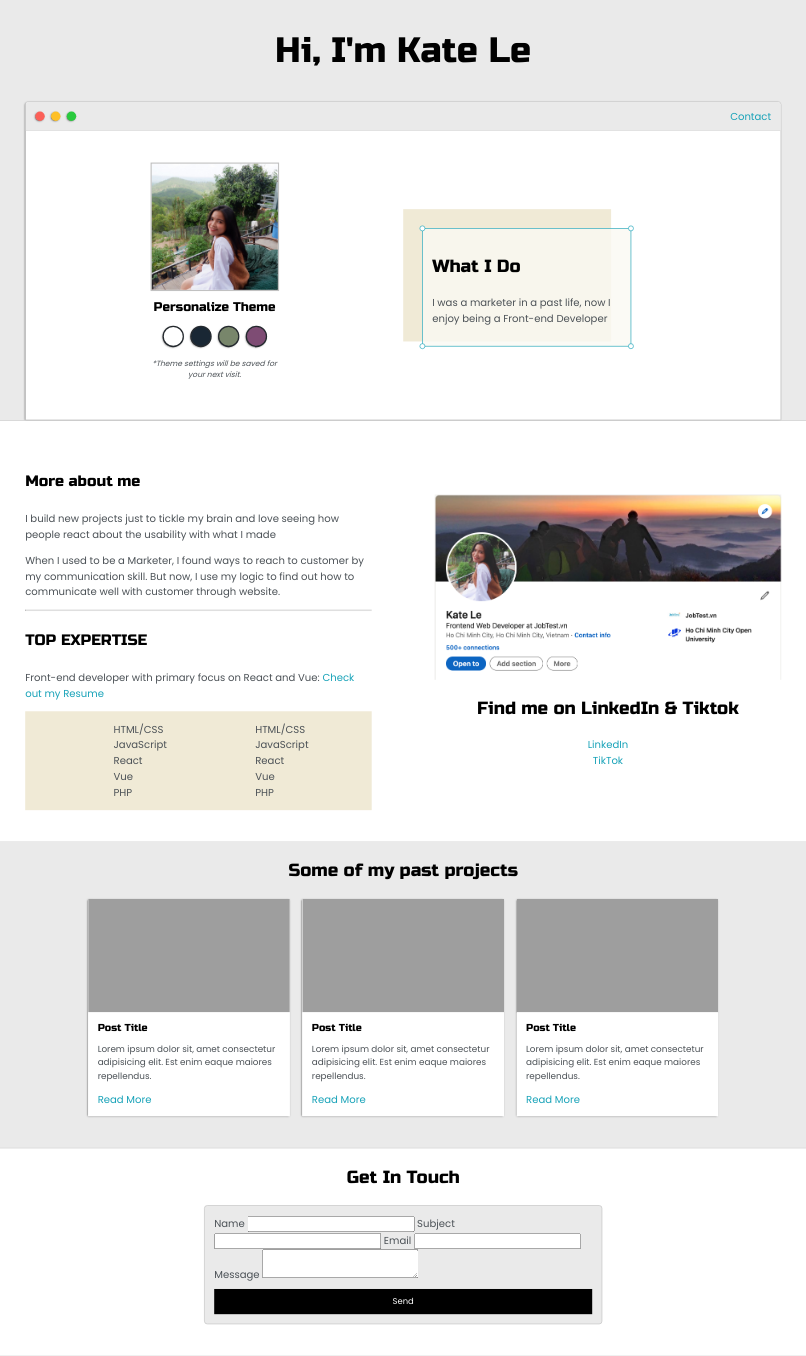
Repository: kate30980/my-persponal-website
Page: index.html
These files come from the project's save history. The page is drawn as it stood at one moment and after the next save; the edit follows.
The browser window is 1280 px wide. The pictures show the whole page, at 63% of full size.
Pictures or frames that could not be fetched are drawn as grey boxes.

Above is the page before, as saved 2021-08-26 23:07:18.

### index.html
<!DOCTYPE html>
<html lang="en">

<head>
    <meta charset="UTF-8">
    <meta http-equiv="X-UA-Compatible" content="IE=edge">
    <meta name="viewport" content="width=device-width, initial-scale=1.0">
    <title>Kate Le</title>
    <link rel="preconnect" href="https://fonts.googleapis.com">
    <link rel="preconnect" href="https://fonts.gstatic.com" crossorigin>
    <link rel="preconnect" href="https://fonts.googleapis.com">
    <link rel="preconnect" href="https://fonts.gstatic.com" crossorigin>
    <link href="https://fonts.googleapis.com/css2?family=Poppins:wght@300;400;600;700&family=Russo+One&display=swap"
        rel="stylesheet">
    <link rel="stylesheet" href="main.css">
</head>

<body>

    <section class="s1">
        <div class="main-container">
            <div class="greeting-wrapper">
                <h1>Hi, I'm Kate Le</h1>
            </div>

            <div class="intro-wrapper">
                <div class="nav-wrapper">
                    <div class="dots-wrapper">
                        <div id="dot-1" class="browser-dot"></div>
                        <div id="dot-2" class="browser-dot"></div>
                        <div id="dot-3" class="browser-dot"></div>
                    </div>
                    <ul id="navigation">
                        <li>
                            <a href="#">Contact</a>
                        </li>
                    </ul>
                </div>
                <div class="left-column">
                    <img id="profile-pic" src="./images/IMG_2624.JPG" alt="img-kate">
                    <h5 style="text-align:center;line-height:0; margin: 25px">Personalize Theme</h5>

                    <div id="theme-options-wrapper">
                        <div id="light-mode" class="theme-dot"></div>
                        <div id="blue-mode" class="theme-dot"></div>
                        <div id="green-mode" class="theme-dot"></div>
                        <div id="purple-mode" class="theme-dot"></div>
                    </div>

                    <p id="settings-note">*Theme settings will be saved for <br> your next visit.</p>
                </div>
                <div class="right-column">

                    <div id="preview-shadow">
                        <div id="preview">
                            <div id="corner-tl" class="corner"></div>
                            <div id="corner-tr" class="corner"></div>
                            <h3>What I Do</h3>
                            <p>I was a marketer in a past life, now I enjoy being a Front-end Developer</p>
                            <div id="corner-br" class="corner"></div>
                            <div id="corner-bl" class="corner"></div>
                        </div>
                    </div>

                </div>
            </div>

        </div>
    </section>

    <section class="s2">
        <div class="main-container">

            <div class="about-wrapper">
                <div class="about-me">
                    <h4>More about me</h4>
                    <p>I build new projects just to tickle my brain and love seeing how people react about the usability
                        with what I made</p>
                    <p>When I used to be a Marketer, I found ways to reach to customer by my communication skill. But
                        now, I use my logic to find out how to communicate well with customer through website.</p>


                    <hr>

                    <h4>TOP EXPERTISE</h4>
                    <p>Front-end developer with primary focus on React and Vue: <a target="_blank"
                            href="CV-HAN-LE-FRONTEND-DEV.pdf">Check
                            out my Resume</a></p>

                    <div id="skills">
                        <ul>
                            <li>HTML/CSS</li>
                            <li>JavaScript</li>
                            <li>React</li>
                            <li>Vue</li>
                            <li>PHP</li>
                        </ul>
                        <ul>
                            <li>HTML/CSS</li>
                            <li>JavaScript</li>
                            <li>React</li>
                            <li>Vue</li>
                            <li>PHP</li>
                        </ul>
                    </div>

                </div>
                <div class="social-links">
                    <img id="social-img" src="./images/linkedIn-2021-08-26 at 22.24.05.png" alt="linkedIn">
                    <h3>Find me on LinkedIn & Tiktok</h3>
                    <a target="_blank" href="https://www.linkedin.com/in/kate-le-38099/">LinkedIn</a>
                    <a target="_blank" href="#">TikTok</a>
                </div>
            </div>

        </div>
    </section>

    <section class="s1">
        <div class="main-container">
            <h3 style="text-align:center">Some of my past projects</h3>
            <div class="post-wrapper">
                <div>
                    <div class="post">
                        <img class="thumbnail"
                            src="https://images.unsplash.com/photo-1555952494-efd681c7e3f9?ixid=MnwxMjA3fDB8MHxzZWFyY2h8ODN8fGFwcGxpY2F0aW9ufGVufDB8fDB8fA%3D%3D&ixlib=rb-1.2.1&auto=format&fit=crop&w=800&q=60"
                            alt="img-post">
                        <div class="post-preview">
                            <h6 class="post-title">Post Title</h6>
                            <p class="post-intro">Lorem ipsum dolor sit, amet consectetur adipisicing elit. Est enim
                                eaque
                                maiores repellendus.</p>
                            <a href="#">Read More</a>
                        </div>
                    </div>
                </div>

                <div>
                    <div class="post">
                        <img class="thumbnail"
                            src="https://images.unsplash.com/photo-1552238979-402eb7a9258c?ixid=MnwxMjA3fDB8MHxwaG90by1wYWdlfHx8fGVufDB8fHx8&ixlib=rb-1.2.1&auto=format&fit=crop&w=990&q=80"
                            alt="img-post">
                        <div class="post-preview">
                            <h6 class="post-title">Post Title</h6>
                            <p class="post-intro">Lorem ipsum dolor sit, amet consectetur adipisicing elit. Est enim
                                eaque
                                maiores repellendus.</p>
                            <a href="#">Read More</a>
                        </div>
                    </div>
                </div>

                <div>
                    <div class="post">
                        <img class="thumbnail"
                            src="https://images.unsplash.com/photo-1551650975-87deedd944c3?ixlib=rb-1.2.1&ixid=MnwxMjA3fDB8MHxzZWFyY2h8Mnx8YXBwbGljYXRpb258ZW58MHx8MHx8&auto=format&fit=crop&w=800&q=60"
                            alt="img-post">
                        <div class="post-preview">
                            <h6 class="post-title">Post Title</h6>
                            <p class="post-intro">Lorem ipsum dolor sit, amet consectetur adipisicing elit. Est enim
                                eaque
                                maiores repellendus.</p>
                            <a href="#">Read More</a>
                        </div>
                    </div>
                </div>
            </div>
        </div>
    </section>

    <section class="s2">
        <div class="main-container">
            <h3 style="text-align:center">Get In Touch</h3>

            <form id="contact-form">

                <label>Name</label>
                <input type="text" class="input-field" name="name">
                <label>Subject</label>
                <input type="text" class="input-field" name="subject">
                <label>Email</label>
                <input type="text" class="input-field" name="email">
                <label>Message</label>
                <textarea class="input-field" name="message"></textarea>

                <input id="submit-btn" type="submit" value="Send">
            </form>
        </div>
    </section>

</body>

</html>

### main.css
:root {
  --mainText: black;
  --secondaryText: #4b5156;

  --mainColor: #eaeaea;
  --secondaryColor: #fff;

  --borderColor: #c1c1c1;
  --themeDotBorder: #24292e;

  --previewBg: rgba(251, 249, 243, 0.8);
  --previewShadow: #f0ead6;

  --buttonColor: #000;
}

html,
body {
  padding: 0;
  margin: 0;
  font-family: "Poppins", sans-serif;
}
h1,
h2,
h3,
h4,
h5,
h6,
strong {
  color: var(--mainText);
  font-family: "Russo One", sans-serif;
  font-weight: 500;
}

p,
li,
span,
label,
input,
textarea,
select {
  color: var(--secondaryText);
  font-family: "Poppins", sans-serif;
}
ul {
  list-style: none;
}

a {
  text-decoration: none;
  color: #17a2b8;
}

h1 {
  font-size: 56px;
}
h2 {
  font-size: 36px;
}
h3 {
  font-size: 28px;
}
h4 {
  font-size: 24px;
}
h5 {
  font-size: 20px;
}
h6 {
  font-size: 16px;
}

.s1 {
  background-color: var(--mainColor);
  border-bottom: 1px solid var(--borderColor);
  overflow: auto;
}
.s2 {
  background-color: var(--secondaryColor);
  border-bottom: 1px solid var(--borderColor);
  overflow: auto;
}
.main-container {
  width: 1200px;
  margin: 0 auto;
}
.greeting-wrapper {
  display: grid;
  text-align: center;
  align-content: center;
  min-height: 10em;
}

.intro-wrapper {
  background-color: var(--secondaryColor);
  border: 1px solid var(--borderColor);
  border-radius: 5px 5px 0 0;

  -webkit-box-shadow: -1px 1px 3px -1px rgba(0, 0, 0, 0.75);
  -moz-box-shadow: -1px 1px 3px -1px rgba(0, 0, 0, 0.75);
  box-shadow: -1px 1px 3px -1px rgba(0, 0, 0, 0.75);

  display: grid;
  grid-template-columns: 1fr 1fr;
  grid-template-areas:
    "nav-wrapper nav-wrapper"
    "left-column right-column";
}

#navigation {
  margin: 0;
  padding: 10px;
}
#navigation li {
  display: inline-block;
  margin-right: 5px;
  margin-left: 5px;
}

.dots-wrapper {
  display: flex;
  padding: 10px;
}

#dot-1 {
  background-color: #fc6058;
}
#dot-2 {
  background-color: #fec027;
}
#dot-3 {
  background-color: #2aca3e;
}

.browser-dot {
  background-color: black;
  height: 15px;
  width: 15px;
  border-radius: 50%;
  margin: 5px;

  -webkit-box-shadow: -1px 1px 3px -1px rgba(0, 0, 0, 0.75);
  -moz-box-shadow: -1px 1px 3px -1px rgba(0, 0, 0, 0.75);
  box-shadow: -1px 1px 3px -1px rgba(0, 0, 0, 0.75);
}

.nav-wrapper {
  grid-area: nav-wrapper;
  border-bottom: 1px solid var(--borderColor);
  display: flex;
  justify-content: space-between;
  align-items: center;
  background-color: var(--mainColor);
  border-radius: 5px 5px 0 0;
}
.left-column {
  grid-area: left-column;
  padding-top: 50px;
  padding-bottom: 50px;
}
#profile-pic {
  display: block;
  margin: auto;
  height: 200px;
  width: 200px;
  object-fit: cover;
  border: 2px solid var(--borderColor);
}

#theme-options-wrapper {
  display: flex;
  justify-content: center;
}

.theme-dot {
  height: 30px;
  width: 30px;
  border-radius: 50%;
  background-color: black;

  margin: 5px;
  border: 2px solid var(--themeDotBorder);

  -webkit-box-shadow: -1px 1px 3px -1px rgba(0, 0, 0, 0.75);
  -moz-box-shadow: -1px 1px 3px -1px rgba(0, 0, 0, 0.75);
  box-shadow: -1px 1px 3px -1px rgba(0, 0, 0, 0.75);
  cursor: pointer;
}

.theme-dot:hover {
  border-width: 5px;
}
#light-mode {
  background-color: #fff;
}
#blue-mode {
  background-color: #192734;
}
#green-mode {
  background-color: #78866b;
}
#purple-mode {
  background-color: #7e4c74;
}
#settings-note {
  font-size: 12px;
  font-style: italic;
  text-align: center;
}

.right-column {
  grid-area: right-column;
  display: grid;
  align-content: center;

  padding-top: 50px;
  padding-bottom: 50px;
}

#preview-shadow {
  background-color: var(--previewShadow);
  width: 300px;
  height: 180px;
  padding-left: 30px;
  padding-top: 30px;
}

#preview {
  width: 300px;
  border: 1.5px solid #17a2b8;
  background-color: var(--previewBg);
  padding: 15px;
  position: relative;
}
.corner {
  width: 7px;
  border: 1.5px solid #17a2b8;
  height: 7px;
  border-radius: 50%;
  background-color: #fff;
  position: absolute;
}
#corner-tl {
  top: -5px;
  left: -5px;
}
#corner-tr {
  top: -5px;
  right: -5px;
}
#corner-br {
  bottom: -5px;
  right: -5px;
}
#corner-bl {
  bottom: -5px;
  left: -5px;
}

.about-wrapper {
  display: grid;
  padding-bottom: 50px;
  padding-top: 50px;
  grid-template-columns: repeat(auto-fit, minmax(320px, 1fr));
  /*Repeat this action right here which tells us auto fit as many colums as we can into this row, however many colums will fil in there  and add them in there and repeat it this way with min max say that the column should never be smaller than 320px, so once we get to the point where it starts crushing it, go ahead and start naturally stacking those item*/
  gap: 100px;
}

#skills {
  display: flex;
  justify-content: space-evenly;
  background-color: var(--previewShadow);
}
.social-links {
  display: grid;
  align-content: center;
  text-align: center;
}
#social-img {
  width: 100%;
}
.post-wrapper {
  display: grid;
  grid-template-columns: repeat(auto-fit, 320px);
  gap: 20px;
  justify-content: center;
  padding-bottom: 50px;
}
.post {
  border: 1ox solid (var(--borderColor));
  -webkit-box-shadow: -1px 1px 3px -1px rgba(0, 0, 0, 0.75);
  -moz-box-shadow: -1px 1px 3px -1px rgba(0, 0, 0, 0.75);
  box-shadow: -1px 1px 3px -1px rgba(0, 0, 0, 0.75);
}
.thumbnail {
  width: 100%;
  height: 180px;
  display: block;
  object-fit: cover;
}
.post-preview {
  background-color: #fff;
  padding: 15px;
}
.post-title {
  color: black;
  margin: 0;
}
.post-intro {
  color: #4b5156;
  font-size: 14px;
}
#contact-form {
  display: block;
  max-width: 600px;
  margin: 0 auto;
  border: 1px solid var(--borderColor);
  padding: 15px;
  border-radius: 5px;
  background-color: var(--mainColor);
  margin-bottom: 50px;
}
#submit-btn {
  margin-top: 10px;
  width: 100%;
  padding-top: 10px;
  padding-bottom: 10px;
  color: #fff;
  background-color: var(--buttonColor);
  border: none;
}
@media screen and (max-width: 1200px) {
  .main-container {
    width: 95%;
  }
}
@media screen and (max-width: 800px) {
  .intro-wrapper {
    grid-template-columns: 1fr;
    grid-template-areas:
      "nav-wrapper"
      "left-column"
      "right-column";
  }
  .right-column {
    justify-content: center;
  }
}

After the next save:
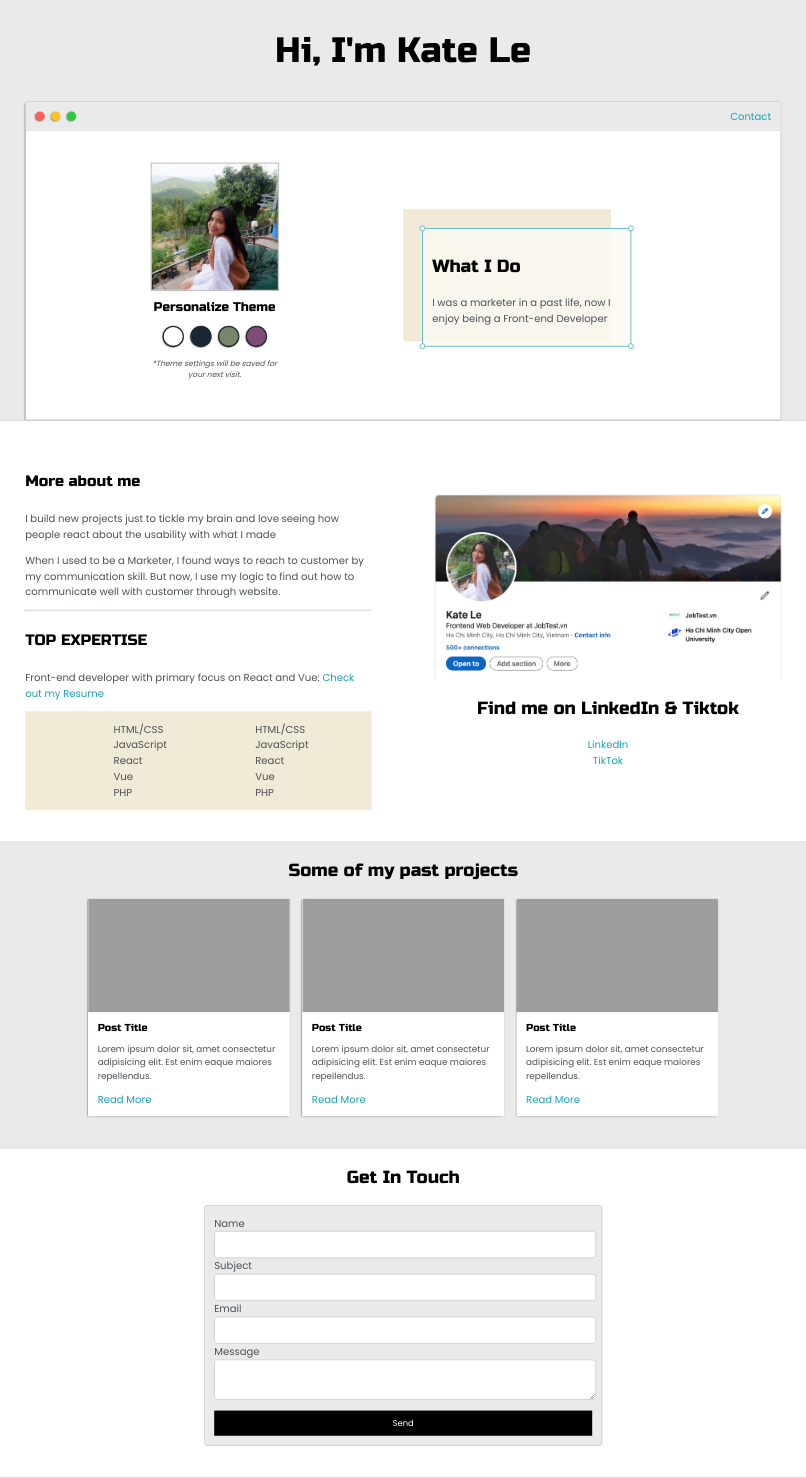
Saved 84 s later.
--- a/main.css
+++ b/main.css
@@ -319,6 +319,15 @@
   border-radius: 5px;
   background-color: var(--mainColor);
   margin-bottom: 50px;
+}
+.input-field {
+  width: 100%;
+  padding-top: 10px;
+  padding-bottom: 10px;
+  background-color: var(--secondaryColor);
+  border-radius: 5px;
+  border: 1px solid var(--borderColor);
+  font-size: 14px;
 }
 #submit-btn {
   margin-top: 10px;
